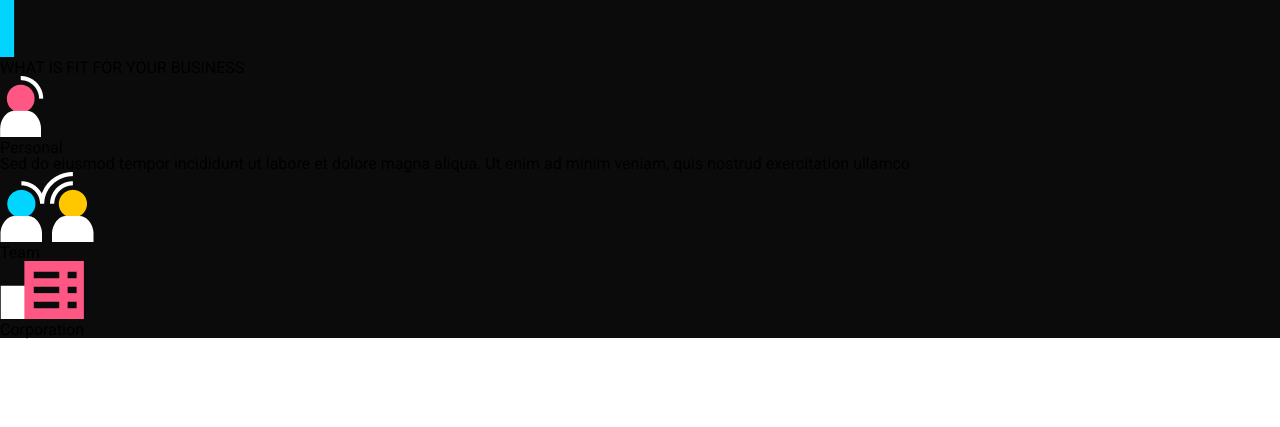
Repository: VetaWhale/team-site-test
Page: index.html
These files come from the project's save history. The page is drawn as it stood at one moment and after the next save; the edit follows.
The browser window is 1280 px wide. The pictures show the whole page.
Some web fonts or font styles are not loaded; a fallback is used.

Above is the page before, as saved 2023-04-24 10:41:43.

### index.html
<!DOCTYPE html>
<html lang="en">

<head>
    <meta charset="UTF-8" />
    <link rel="stylesheet" href="./css/reset.css" />
    <link rel="preconnect" href="https://fonts.googleapis.com" />
    <link rel="preconnect" href="https://fonts.gstatic.com" crossorigin />
    <link href="https://fonts.googleapis.com/css2?family=Nunito:wght@400;800&family=Oranienbaum&family=Prata&family=Rammetto+One&family=Roboto:wght@300;400;500;700;900&display=swap" rel="stylesheet" />
    <link rel="stylesheet" href="./css/index.css" />
    <title>Our test site</title>
</head>

<body>
    <header></header>
    <main>
        <section class="business">
            <div class="business__title">
                <img class="business__icon" src="./resources/business_icon.png" alt="">
                <h2 class="business__text">
                    WHAT IS FIT FOR YOUR BUSINESS
                </h2>
            </div>
            <div class="business__item">
                <img src="./resources/people__icon.png" alt="" />
                <h2>Personal</h2>
                <p>
                    Sed do eiusmod tempor incididunt ut labore et dolore magna aliqua. Ut enim ad minim veniam, quis nostrud exercitation ullamco
                </p>
            </div>

            <div class="business__item">
                <img src="./resources/two_people__icon.png" alt="" />
                <h2>Team</h2>
                <p></p>
            </div>
            <div class="business__item">
                <img src="./resources/home__icon.png" alt="" />
                <h2>Corporation</h2>
                <p></p>
            </div>
        </section>
    </main>
    <footer></footer>
</body>

</html>

### css/index.css
/* Шрифты для нашего сайта */


/*
font-family: 'Nunito', sans-serif;
font-family: 'Oranienbaum', serif;
font-family: 'Prata', serif;
font-family: 'Rammetto One', cursive;
font-family: 'Roboto', sans-serif;
*/

@import'../css/business.css';
body {
    font-family: 'Roboto', sans-serif;
}

### css/business.css
.business {
    width: 100%;
    background-color: #0C0B0B;
}

Loaded but not shown: css/reset.css (common file)

After the next save:
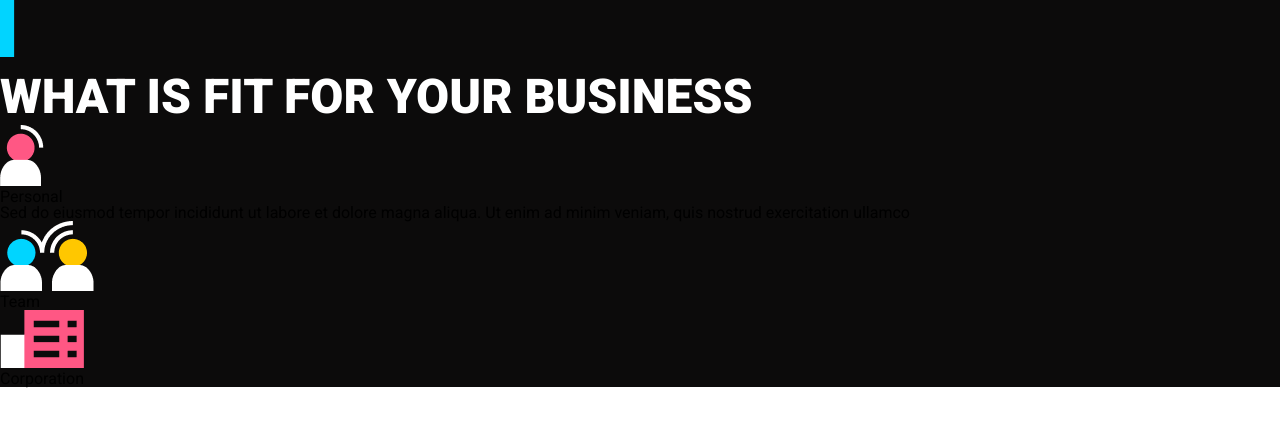
Saved 19 s later.
--- a/css/business.css
+++ b/css/business.css
@@ -2,3 +2,10 @@
     width: 100%;
     background-color: #0C0B0B;
 }
+
+.business__title {
+    font-weight: 900;
+    font-size: 48px;
+    line-height: 56px;
+    color: #FFFFFF;
+}
